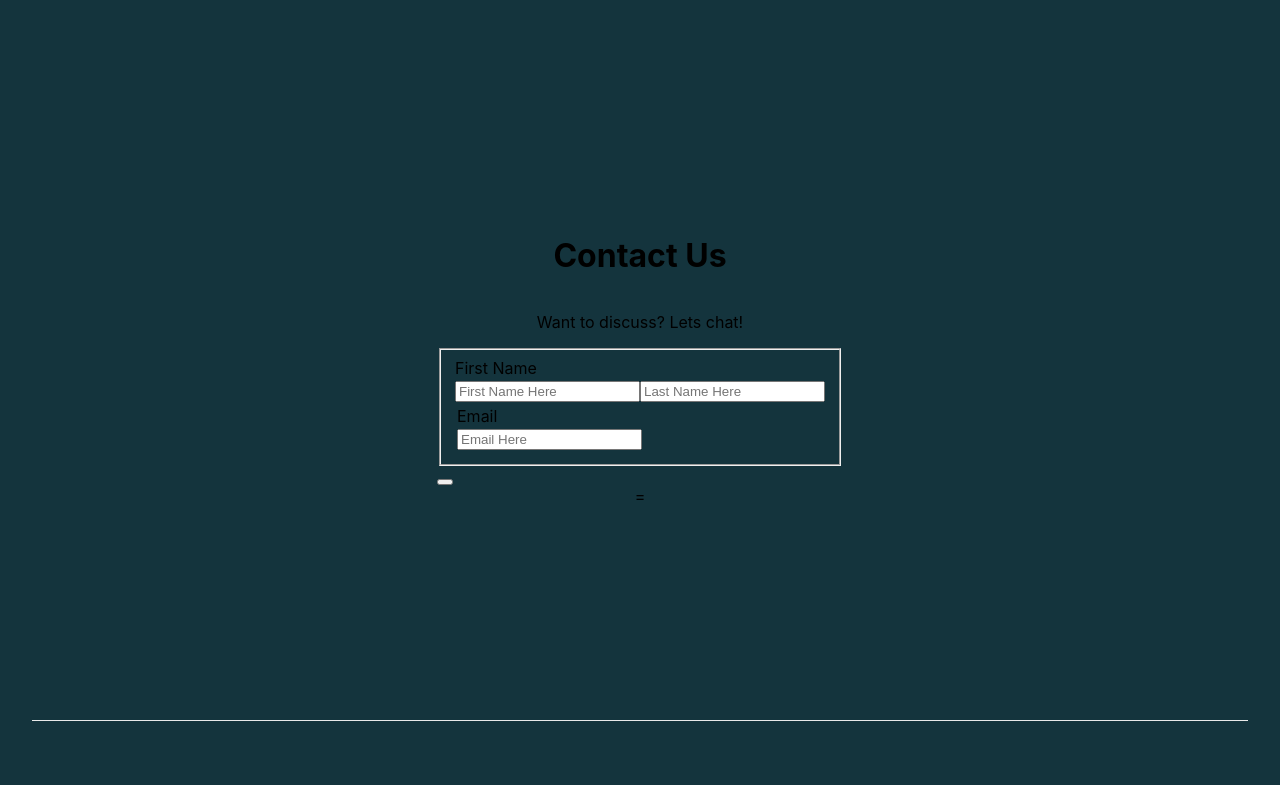
Repository: shaelorch/assignment-1-playwright-site-a01259464
Page: /contact
The author's editor kept a copy of each file at every save. The page is drawn from the files as they stood at one save, then again after a run of saves.
The browser window is 1280 px wide. The pictures show the whole page.
The project was rebuilt for these pictures with package versions that can differ from the ones it lists, and the page was loaded fresh each time. The framework's server and built-in components were replaced by stand-ins that run in the browser. Also part of the build but not shown: next.config.js.

Above is the page before, as saved 2023-01-27 13:40:46.

### pages/_app.js
import '../styles/globals.css'
import '../styles/variables.css'

function MyApp({ Component, pageProps }) {
  return <Component {...pageProps} />
}

export default MyApp

### pages/contact.js
import Head from 'next/head'
import Image from 'next/image'
import styles from '../styles/Home.module.css'
import Link from 'next/link'


export default function Contact() {
  return (
    <div className={styles.container}>
      <Head>
        <title>Contact Us</title>
        <meta name="author" content="MDIA 2109" />
        <meta property='og:title' content="Assignment #1 - Contact Us Page" />
        <meta property='og:description' content="BCIT Digital Design and Development Diploma" />
        <link rel="icon" href="/favicon.png" />


      </Head>

      <main className={styles.main}>

        <div>
            <h1>Contact Us</h1>
        </div>

        <div>
            <p>Want to discuss? Lets chat!</p>
        </div>

        <div>
            <form>
              <fieldset>
                <table>
                  <thead>
                    First Name
                    <tr><input id="firstName" placeholder='First Name Here'></input>

                        <input id="lastName" placeholder='Last Name Here'></input>
                   </tr>
                   <thead>
                    Email
                    <tr>
                    <input id="email" placeholder='Email Here'></input>
                    </tr>

                   </thead>


                  </thead>
                </table>

              </fieldset>

              <button>
                <Link href="/">
                </Link>
              </button>
            </form>
        </div>

       =










      </main>

      <footer className={styles.footer}>

      </footer>
    </div>
  )
}

### styles/globals.css
::-webkit-scrollbar-track {
  background-color: var(--ternary-color);
}

::-webkit-scrollbar-thumb {
  background-color: var(--primary-color);
}

::-webkit-scrollbar-thumb:hover {
  background-color: var(--quaternary-color);
}

html,
body {
  padding: 0;
  margin: 0;
  font-family: -apple-system, BlinkMacSystemFont, Segoe UI, Roboto, Oxygen,
    Ubuntu, Cantarell, Fira Sans, Droid Sans, Helvetica Neue, sans-serif;
}

a {
  color: inherit;
  text-decoration: none;
}

* {
  box-sizing: border-box;
}

@media (prefers-color-scheme: dark) {
  html {
    color-scheme: dark;
  }
  body {
    color: white;
    background: ;
  }
}

@media only screen and (min-width: 1000px) {
  /* For Desktop */

}

@media only screen and (min-width:600px) {
  /* For Tablet */

}

@media only screen and (max-width: 600px) {
  /* For Mobile */

}

### styles/variables.css
:root {
    --primary-color: #fff;
    --secondary-color: #F4D6B9;
    --ternary-color: #7796A4;
    --quaternary-color: #14343D;
    --quinary-color: rgba(16, 46, 53, 0.5);
}

### styles/Home.module.css


.container {
  padding: 0 2rem;
  background-color: var(--quaternary-color);

}

.main {
  min-height: 100vh;
  padding: 4rem 0;
  flex: 1;
  display: flex;
  flex-direction: column;
  justify-content: center;
  align-items: center;
  background-color: var(--quaternary-color);

}

#carouselImage {
  height: 200px;
  background-repeat: no-repeat;
  background-size: cover;
  display:flex;
  justify-content: center;
  align-items: center;
  margin: 40px 0px;

}

#testOnImageHere {
  background-color: rgba(16, 46, 53, 0.5);
  padding: 10px;
  margin: 0px 50px;

}

.footer {
  display: flex;
  flex: 1;
  padding: 2rem 0;
  border-top: 1px solid #eaeaea;
  justify-content: center;
  align-items: center;
  background-color: var(--quaternary-color);
}

.footer a {
  display: flex;
  justify-content: center;
  align-items: center;
  flex-grow: 1;
}

.title a {
  color: #0070f3;
  text-decoration: none;
}

.title a:hover,
.title a:focus,
.title a:active {
  text-decoration: underline;
}

.title {
  margin: 0;
  line-height: 1.15;
  font-size: 4rem;
}

.title,
.description {
  text-align: center;
}

.description {
  margin: 4rem 0;
  line-height: 1.5;
  font-size: 1.5rem;
}

.code {
  background: #fafafa;
  border-radius: 5px;
  padding: 0.75rem;
  font-size: 1.1rem;
  font-family: Menlo, Monaco, Lucida Console, Liberation Mono, DejaVu Sans Mono,
    Bitstream Vera Sans Mono, Courier New, monospace;
}

.grid {
  display: flex;
  align-items: center;
  justify-content: center;
  flex-wrap: wrap;
  max-width: 800px;
}

.card {
  margin: 1rem;
  padding: 1.5rem;
  text-align: left;
  color: inherit;
  text-decoration: none;
  border: 1px solid #eaeaea;
  border-radius: 10px;
  transition: color 0.15s ease, border-color 0.15s ease;
  max-width: 300px;
}

.card:hover,
.card:focus,
.card:active {
  color: #0070f3;
  border-color: #0070f3;
}

.card h2 {
  margin: 0 0 1rem 0;
  font-size: 1.5rem;
}

.card p {
  margin: 0;
  font-size: 1.25rem;
  line-height: 1.5;
}

.logo {
  height: 1em;
  margin-left: 0.5rem;
}

@media (max-width: 600px) {
  .grid {
    width: 100%;
    flex-direction: column;
  }
}

@media (prefers-color-scheme: dark) {
  .card,
  .footer {
    border-color: #222;
  }
  .code {
    background: #111;
  }
  .logo img {
    filter: invert(1);
  }
}

### components/menu.js
import styles from '../styles/Home.module.css'
import Link from 'next/link'
import { useState } from 'react'



export default function Menu() {

    const [showMenu, setShowMenu] = useState(false);


    const handleClickMenu = () => {
        setShowMenu(current => !current);
    }


    return <><div style={{ display: 'flex', width: '100%', justifyContent:'space-between', position:'fixed' }}>
        <img src="/icons/menu-icon.png" onClick={handleClickMenu} style={{ display:'flex', height: 30, width: 30, top: 0, left: 0, margin: 20 }} />
        <img src="/icons/graduation-hat.png" style={{ height: 50, width: 50, margin:10 }} />
    </div>
    <div style={{ display: showMenu ? 'flex' : 'none', position:'fixed', top:50, left:20}}>
            <img src='/background-images/menuBackground.png' style={{height:250, width:250, position:'absolute', top:-50, left:-20}}/>

            <h1 onClick={handleClickMenu} style={{zIndex:2}}>X</h1>
            <ul style={{ display: 'flex', flexDirection: 'column', zIndex:1}}>
                <a href='/'>Home</a>
                <a href='/about'>About</a>
                <a href='/contact'>Contact</a>
            </ul>



        </div></>







}

After the next 2 saves:
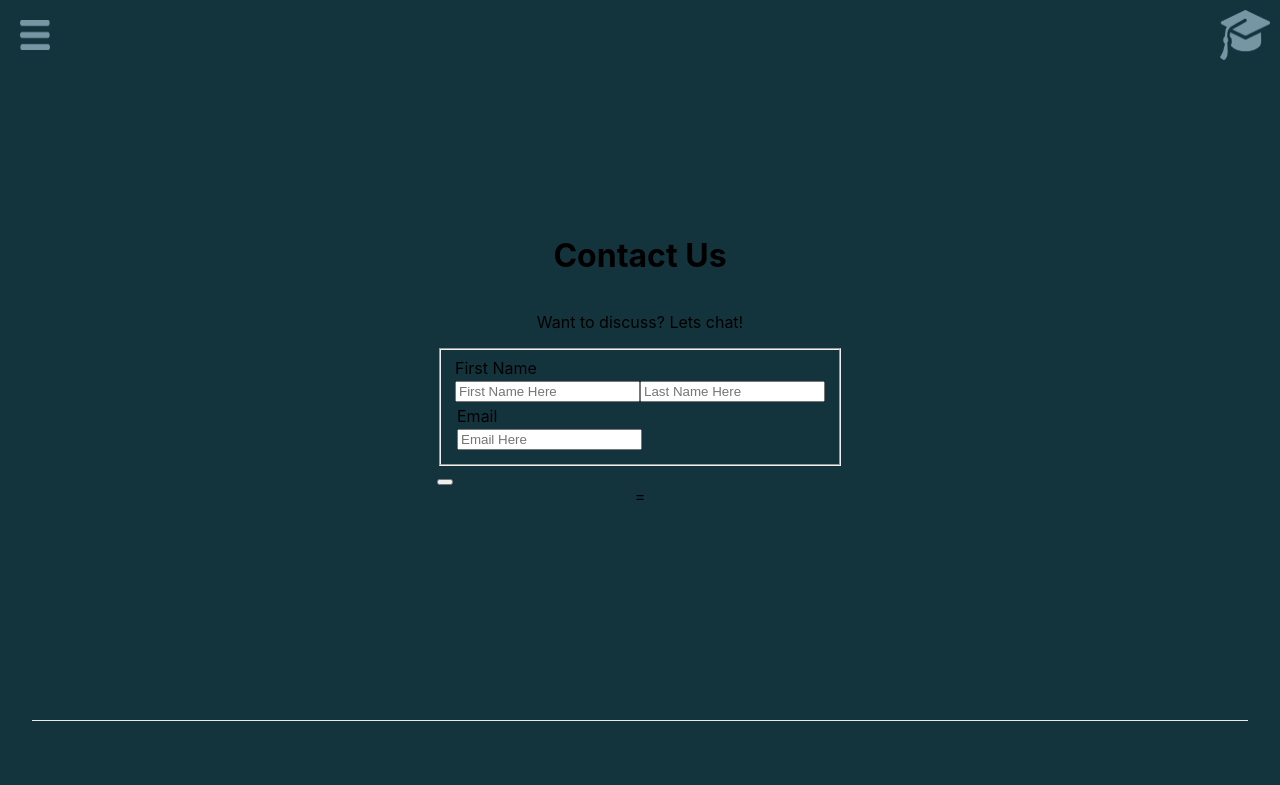
The 2 saves are shown as one change because they came seconds apart.
The last was saved 25 s later.
--- a/pages/contact.js
+++ b/pages/contact.js
@@ -2,11 +2,13 @@ import Head from 'next/head'
 import Image from 'next/image'
 import styles from '../styles/Home.module.css'
 import Link from 'next/link'
+import Menu from '../components/menu'
+
 
 
 export default function Contact() {
   return (
-    <div className={styles.container}>
+    <><Menu /><div className={styles.container}>
       <Head>
         <title>Contact Us</title>
         <meta name="author" content="MDIA 2109" />
@@ -20,45 +22,45 @@ export default function Contact() {
       <main className={styles.main}>
 
         <div>
-            <h1>Contact Us</h1>
+          <h1>Contact Us</h1>
         </div>
 
         <div>
-            <p>Want to discuss? Lets chat!</p>
+          <p>Want to discuss? Lets chat!</p>
         </div>
 
         <div>
-            <form>
-              <fieldset>
-                <table>
+          <form>
+            <fieldset>
+              <table>
+                <thead>
+                  First Name
+                  <tr><input id="firstName" placeholder='First Name Here'></input>
+
+                    <input id="lastName" placeholder='Last Name Here'></input>
+                  </tr>
                   <thead>
-                    First Name
-                    <tr><input id="firstName" placeholder='First Name Here'></input>
-
-                        <input id="lastName" placeholder='Last Name Here'></input>
-                   </tr>
-                   <thead>
                     Email
                     <tr>
-                    <input id="email" placeholder='Email Here'></input>
+                      <input id="email" placeholder='Email Here'></input>
                     </tr>
 
-                   </thead>
+                  </thead>
 
 
-                  </thead>
-                </table>
+                </thead>
+              </table>
 
-              </fieldset>
+            </fieldset>
 
-              <button>
-                <Link href="/">
-                </Link>
-              </button>
-            </form>
+            <button>
+              <Link href="/">
+              </Link>
+            </button>
+          </form>
         </div>
 
-       =
+        =
 
 
 
@@ -74,6 +76,6 @@ export default function Contact() {
       <footer className={styles.footer}>
 
       </footer>
-    </div>
+    </div></>
   )
 }
